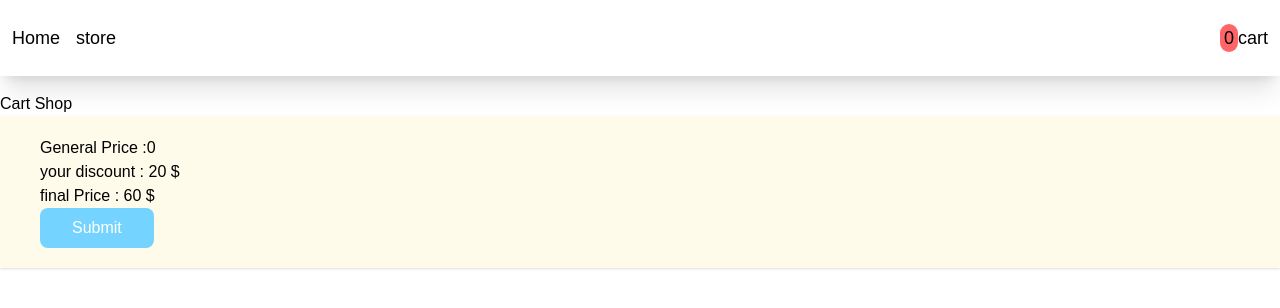
Repository: Rohullah-Noori/Nextjs-online-shop
Page: /cart
The author's editor kept a copy of each file at every save. The page is drawn from the files as they stood at one save, then again after the next save.
The browser window is 1280 px wide. The pictures show the whole page.
The project was rebuilt for these pictures with package versions that can differ from the ones it lists, and the page was loaded fresh each time. The framework's server and built-in components were replaced by stand-ins that run in the browser. Requests to the local data server were answered from the project's data file. Also part of the build but not shown: next.config.ts, src/app/components/AddToCart.tsx, src/app/components/CartItem.tsx.

Above is the page before, as saved 2025-05-13 16:31:12.

### src/app/cart/page.tsx
"use client";

import React, { useEffect, useState } from "react";
import Container from "../components/Container";
import CartItem from "../components/CartItem";
import { useShopingContextCustim } from "../context/page";
import axios from "axios";
import { IProductsProps } from "../components/Products";
import { formatNumber } from "@/utils/number";

export default function Cart() {
  const { cart } = useShopingContextCustim();

  const [data, setData] = useState<IProductsProps[]>([]);

  useEffect(() => {
    axios(`http://localhost:3004/products`).then((res) => {
      const { data } = res;
      setData(data);
    });
  }, []);

  console.log(data);

  return (
    <Container>
      <h1>Cart Shop</h1>
      {cart.map((item) => (
        <CartItem key={item.id} {...item} />
      ))}

      <div className="shadow bg-amber-50 gap-y-3 px-10 py-5 ">
        <p>
          General Price :
          <span>
            {formatNumber(
              cart.reduce((total, item) => {
                const selectedproduct = data.find(
                  (product) => product.id == item.id.toString()
                );
                return total + (selectedproduct?.price ?? 0) * item.qty;
              }, 0)
            )}
          </span>
        </p>
        <p>
          your discount : <span>20 $</span>{" "}
        </p>
        <p>
          final Price : <span>60 $</span>
        </p>
        <div className=" flex justify-start gap-x-3">
          <button className=" px-8 py-2 rounded-lg bg-sky-300 text-white">
            Submit
          </button>
          {/* <input
            type="text"
            value={"please enter your discount code"}
            className="w-[300px] bg-sky-50 rounded-lg px-3 text-gray-400"
          /> */}
        </div>
      </div>
    </Container>
  );
}

### src/app/components/Layout.tsx
import React from "react";
import Navbar from "./Navbar";

interface IlayoutProps {
  children: React.ReactNode;
}

export default function Layout({ children }: IlayoutProps) {
  return (
    <div>
      <Navbar />
      {children}
    </div>
  );
}

### src/app/context/page.tsx
"use client";
import React, { createContext, useContext, useState } from "react";

type IshopContextProps = {
  children: React.ReactNode;
};

type cartItems = {
  id: number;
  qty: number;
};

type TshopingContext = {
  cart: cartItems[];
  HandleincreasetoCard: (id: number) => void;
  getProductqty: (id: number) => number;
  totalitemsqty: number;
  handledecreasetoCard: (id: number) => void;
  RemovehandleSubmit: (id: number) => void;
};

const shopingContext = createContext({} as TshopingContext);

export const useShopingContextCustim = () => {
  return useContext(shopingContext);
};

export default function ConextShop({ children }: IshopContextProps) {
  const [cart, setCart] = useState<cartItems[]>([]);

  const getProductqty = (id: number) => {
    return cart.find((item) => item.id == id)?.qty ?? 0;
  };

  const totalitemsqty = cart.reduce((totalgqty, item) => {
    return totalgqty + item.qty;
  }, 0);

  const HandleincreasetoCard = (id: number) => {
    setCart((prev) => {
      const isnotExist = prev.find((item) => item.id === id) == null;
      if (isnotExist) {
        return [...prev, { id: id, qty: 1 }];
      } else {
        return prev.map((item) => {
          if (item.id == id) {
            return { ...item, qty: item.qty + 1 };
          } else {
            return item;
          }
        });
      }
    });
  };

  const handledecreasetoCard = (id: number) => {
    setCart((prev) => {
      const islastOne = prev.find((item) => item.id == id)?.qty == 1;
      if (islastOne) {
        return prev.filter((item) => item.id != id);
      } else {
        return prev.map((item) => {
          if (item.id == id) {
            return {
              ...item,
              qty: item.qty - 1,
            };
          } else {
            return item;
          }
        });
      }
    });
  };

  const RemovehandleSubmit = (id: number) => {
    setCart((prev) => {
      return prev.filter((item) => item.id != id);
    });
  };

  return (
    <shopingContext.Provider
      value={{
        cart,
        HandleincreasetoCard,
        getProductqty,
        totalitemsqty,
        handledecreasetoCard,
        RemovehandleSubmit,
      }}
    >
      {children}
    </shopingContext.Provider>
  );
}

### src/app/components/Container.tsx
import React from "react";
interface IContainerProps {
  children: React.ReactNode;
}

export default function Container({ children }: IContainerProps) {
  return <div className="container mx-auto">{children}</div>;
}

### src/utils/number.tsx
export function formatNumber(num: number) {
  return num.toString().replace(/\B(?=(\d{3})+(?!\d))/g, ",");
}

### src/app/components/Navbar.tsx
"use client";
import Link from "next/link";
import { usePathname } from "next/navigation";

import React from "react";
import Container from "./Container";
import { useShopingContextCustim } from "../context/page";

export default function Navbar() {
  const { totalitemsqty } = useShopingContextCustim();
  const pathname = usePathname();
  const navlinks = [
    {
      title: "Home",
      href: "/",
    },
    {
      title: "store",
      href: "/store",
    },
  ];

  return (
    <nav className="  flex p-3 mb-4 text-lg  shadow-xl  ">
      <Container>
        <div className="flex justify-between my-3 ">
          <div>
            {navlinks.map((item) => (
              <Link
                key={item.href}
                className={`mr-4 ${
                  pathname === item.href ? "text-sky-400" : ""
                }`}
                href={item.href}
              >
                {item.title}
              </Link>
            ))}
          </div>
          <div>
            <span className="bg-red-400 rounded-4xl p-1">{totalitemsqty}</span>
            <Link href="/cart">cart</Link>
          </div>
        </div>
      </Container>
    </nav>
  );
}

### database/db.json
{
  "products": [
    {
      "id": "1",
      "title": " Product 1",
      "price": 30,
      "description": "Kitchen sinks are essential for washing dishes, vegetables, and hands.\nKitchen lamps provide focused lighting for cooking and food preparation.\nCabinets store utensils, cookware, and pantry items in an organized way.\nCountertops offer space for chopping, mixing, and serving meals.\nStoves and ovens are central for cooking a variety of dishes.\nRefrigerators keep food fresh and beverages cold.\nThese materials make the kitchen functional, efficient, and enjoyable to use.",
      "image": "https://m.media-amazon.com/images/I/71r1BLOWnkL._AC_UF894,1000_QL80_.jpg"
    },
    {
      "id": "2",
      "title": " Product 2",
      "price": 10,
      "description": "Household cleaners like glass and ceramic cleaners help keep surfaces shiny and free from stains.\nThey remove dirt, grease, and bacteria, making the home healthier.\nGlass cleaners leave mirrors and windows streak-free and crystal clear.\nCeramic cleaners restore the shine of tiles and prevent mold growth.\nRegular use of these products extends the life of surfaces.\nThey also reduce unpleasant odors and leave a fresh scent.\nUsing the right cleaner makes cleaning faster and more effective.",
      "image": "https://media.istockphoto.com/id/510693044/photo/house-cleaning-product-on-wood-table.jpg?s=612x612&w=0&k=20&c=EZfeRCDgSMPnqG684zQBOqyNfDGx9JWTXS1Q2Lhrjy4="
    },
    {
      "id": "3",
      "title": " Product 3",
      "price": 20,

      "description": "Household cleaning tools like toothbrushes and bathroom brushes help maintain personal and home hygiene.\nToilet brushes are essential for keeping toilets clean and germ-free.\nShampoo is not only for hair but can also be used for gentle surface cleaning.\nCeramic cleaners remove stains and keep tiles shiny and fresh.\nKitchen floor cleaners remove grease and food residue for a safer cooking space.\nYard floor cleaners help",

      "image": "https://t3.ftcdn.net/jpg/01/91/32/34/360_F_191323402_W2ATUPr8dGHALHrvyX4WVlEDz4qXmmd9.jpg"
    },
    {
      "id": "4",
      "title": " Product 4",
      "price": 100,
      "description": "Bedroom essentials like pillows and beds provide comfort and support for restful sleep.\nSoft blankets and bed sheets add warmth and relaxation.\nCurtains help control light and add privacy to your room.\nClosets and drawers keep clothes and accessories organized.\nNightstands are useful for holding lamps, books, or phones.\nCarpets add a cozy feeling and reduce noise in the room.\nThese home materials make the bedroom more comfortable and functional.",
      "image": "https://a-static.besthdwallpaper.com/colorful-cartoon-design-with-open-door-and-household-items-wallpaper-1152x768-102826_36.jpg"
    },
    {
      "id": "5",
      "title": " Product 5",
      "price": 80,
      "description": "Chairs provide comfortable seating and come in various styles for different rooms.\nLamps add both light and ambiance, making spaces feel warm and inviting.\nWall art and paintings bring personality and color to your home.\nShelves and stands help organize books, plants, and decorative items.\nRugs define areas and add texture to floors.\nMirrors enhance light and make rooms appear more spacious.\nDecorations reflect your style and turn a house into a home.",
      "image": "https://plus.unsplash.com/premium_photo-1683133958062-12afa652a4fb?fm=jpg&q=60&w=3000&ixlib=rb-4.0.3&ixid=M3wxMjA3fDB8MHxzZWFyY2h8OXx8aG9tZSUyMGRlY29yfGVufDB8fDB8fHww"
    },
    {
      "id": "6",
      "title": " Product 6",
      "price": 5,
      "description": "Fruits are a natural source of vitamins, minerals, and fiber. They come in a variety of colors, shapes, and flavors. Eating fruits regularly helps boost your immune system. Some common fruits include apples, bananas, oranges, and grapes. Fruits are a delicious and healthy snack for any time of day.Many fruits grow on trees, bushes, or vines depending on the type. Tropical fruits like mangoes and pineapples thrive in warm climates.",

      "image": "https://t3.ftcdn.net/jpg/06/06/15/56/360_F_606155606_rFYHJP0uKgPNdpT3NoDbucxp0h38rlWb.jpg"
    }
  ]
}

Loaded but not shown: src/app/layout.tsx (common file); src/app/globals.css (common file)

After the next save:
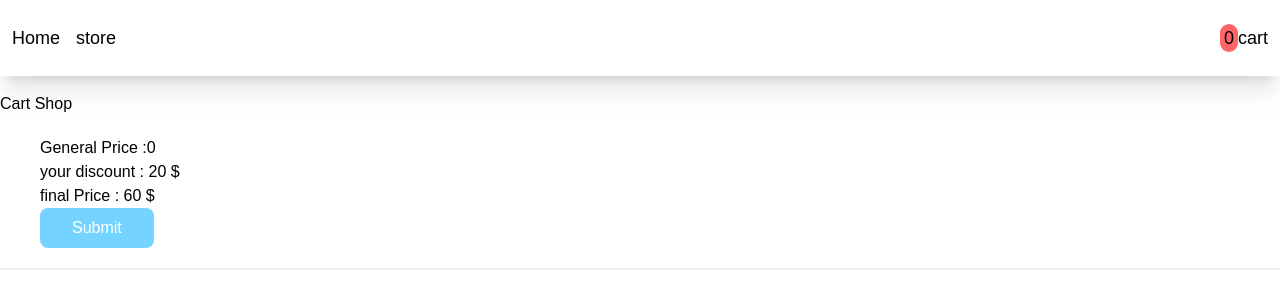
Saved 9 s later.
--- a/src/app/cart/page.tsx
+++ b/src/app/cart/page.tsx
@@ -29,7 +29,7 @@ export default function Cart() {
         <CartItem key={item.id} {...item} />
       ))}
 
-      <div className="shadow bg-amber-50 gap-y-3 px-10 py-5 ">
+      <div className="shadow bg-gray-50-50 gap-y-3 px-10 py-5 ">
         <p>
           General Price :
           <span>
